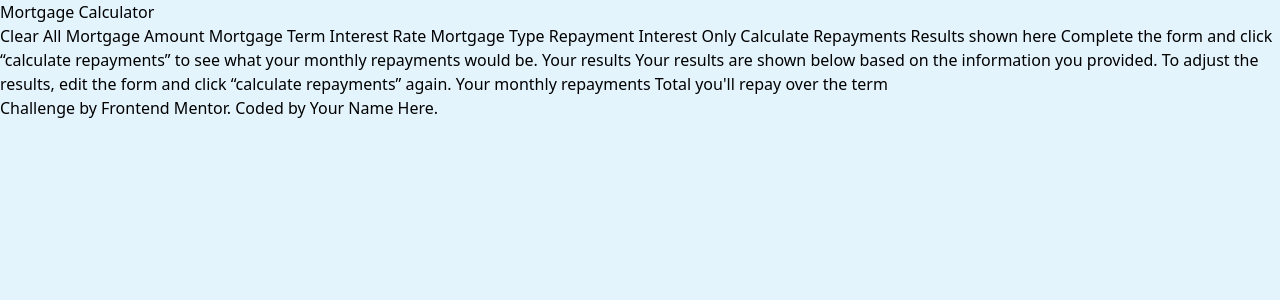
Repository: emmanuelRitzler/mortgage-calculator
Page: assets/views/index.html
The author's editor kept a copy of each file at every save. The page is drawn from the files as they stood at one save, then again after the next save.
The browser window is 1280 px wide. The pictures show the whole page.

Above is the page before, as saved 2025-06-01 01:14:21.

### assets/views/index.html
<!DOCTYPE html>
<html lang="en">
<head>
  <meta charset="UTF-8">
  <meta name="viewport" content="width=device-width, initial-scale=1.0"> <!-- displays site properly based on user's device -->

  <link rel="icon" type="image/png" sizes="32x32" href="./assets/images/favicon-32x32.png">
  <link rel="stylesheet" href="../../src/output.css">

  <title>Frontend Mentor | Mortgage repayment calculator</title>
</head>
<body>

  <h1 class="text-bold">Mortgage Calculator</h1>
  Clear All

  Mortgage Amount

  Mortgage Term

  Interest Rate

  Mortgage Type
  Repayment
  Interest Only

  Calculate Repayments

  <!-- Empty results start -->

  Results shown here

  Complete the form and click “calculate repayments” to see what
  your monthly repayments would be.

  <!-- Empty results end -->

  <!-- Completed results start -->

  Your results

  Your results are shown below based on the information you provided.
  To adjust the results, edit the form and click “calculate repayments” again.

  Your monthly repayments

  Total you'll repay over the term

  <!-- Completed results end -->

  <div class="attribution">
    Challenge by <a href="https://www.frontendmentor.io?ref=challenge">Frontend Mentor</a>.
    Coded by <a href="#">Your Name Here</a>.
  </div>
</body>
</html>

### src/output.css
/*! tailwindcss v4.1.8 | MIT License | https://tailwindcss.com */
@layer properties;
@layer theme, base, components, utilities;
@layer theme {
  :root, :host {
    --font-sans: ui-sans-serif, system-ui, sans-serif, "Apple Color Emoji",
      "Segoe UI Emoji", "Segoe UI Symbol", "Noto Color Emoji";
    --font-mono: ui-monospace, SFMono-Regular, Menlo, Monaco, Consolas, "Liberation Mono",
      "Courier New", monospace;
    --text-3xl: 1.875rem;
    --text-3xl--line-height: calc(2.25 / 1.875);
    --font-weight-bold: 700;
    --default-font-family: var(--font-sans);
    --default-mono-font-family: var(--font-mono);
  }
}
@layer base {
  *, ::after, ::before, ::backdrop, ::file-selector-button {
    box-sizing: border-box;
    margin: 0;
    padding: 0;
    border: 0 solid;
  }
  html, :host {
    line-height: 1.5;
    -webkit-text-size-adjust: 100%;
    tab-size: 4;
    font-family: var(--default-font-family, ui-sans-serif, system-ui, sans-serif, "Apple Color Emoji", "Segoe UI Emoji", "Segoe UI Symbol", "Noto Color Emoji");
    font-feature-settings: var(--default-font-feature-settings, normal);
    font-variation-settings: var(--default-font-variation-settings, normal);
    -webkit-tap-highlight-color: transparent;
  }
  hr {
    height: 0;
    color: inherit;
    border-top-width: 1px;
  }
  abbr:where([title]) {
    -webkit-text-decoration: underline dotted;
    text-decoration: underline dotted;
  }
  h1, h2, h3, h4, h5, h6 {
    font-size: inherit;
    font-weight: inherit;
  }
  a {
    color: inherit;
    -webkit-text-decoration: inherit;
    text-decoration: inherit;
  }
  b, strong {
    font-weight: bolder;
  }
  code, kbd, samp, pre {
    font-family: var(--default-mono-font-family, ui-monospace, SFMono-Regular, Menlo, Monaco, Consolas, "Liberation Mono", "Courier New", monospace);
    font-feature-settings: var(--default-mono-font-feature-settings, normal);
    font-variation-settings: var(--default-mono-font-variation-settings, normal);
    font-size: 1em;
  }
  small {
    font-size: 80%;
  }
  sub, sup {
    font-size: 75%;
    line-height: 0;
    position: relative;
    vertical-align: baseline;
  }
  sub {
    bottom: -0.25em;
  }
  sup {
    top: -0.5em;
  }
  table {
    text-indent: 0;
    border-color: inherit;
    border-collapse: collapse;
  }
  :-moz-focusring {
    outline: auto;
  }
  progress {
    vertical-align: baseline;
  }
  summary {
    display: list-item;
  }
  ol, ul, menu {
    list-style: none;
  }
  img, svg, video, canvas, audio, iframe, embed, object {
    display: block;
    vertical-align: middle;
  }
  img, video {
    max-width: 100%;
    height: auto;
  }
  button, input, select, optgroup, textarea, ::file-selector-button {
    font: inherit;
    font-feature-settings: inherit;
    font-variation-settings: inherit;
    letter-spacing: inherit;
    color: inherit;
    border-radius: 0;
    background-color: transparent;
    opacity: 1;
  }
  :where(select:is([multiple], [size])) optgroup {
    font-weight: bolder;
  }
  :where(select:is([multiple], [size])) optgroup option {
    padding-inline-start: 20px;
  }
  ::file-selector-button {
    margin-inline-end: 4px;
  }
  ::placeholder {
    opacity: 1;
  }
  @supports (not (-webkit-appearance: -apple-pay-button))  or (contain-intrinsic-size: 1px) {
    ::placeholder {
      color: currentcolor;
      @supports (color: color-mix(in lab, red, red)) {
        color: color-mix(in oklab, currentcolor 50%, transparent);
      }
    }
  }
  textarea {
    resize: vertical;
  }
  ::-webkit-search-decoration {
    -webkit-appearance: none;
  }
  ::-webkit-date-and-time-value {
    min-height: 1lh;
    text-align: inherit;
  }
  ::-webkit-datetime-edit {
    display: inline-flex;
  }
  ::-webkit-datetime-edit-fields-wrapper {
    padding: 0;
  }
  ::-webkit-datetime-edit, ::-webkit-datetime-edit-year-field, ::-webkit-datetime-edit-month-field, ::-webkit-datetime-edit-day-field, ::-webkit-datetime-edit-hour-field, ::-webkit-datetime-edit-minute-field, ::-webkit-datetime-edit-second-field, ::-webkit-datetime-edit-millisecond-field, ::-webkit-datetime-edit-meridiem-field {
    padding-block: 0;
  }
  :-moz-ui-invalid {
    box-shadow: none;
  }
  button, input:where([type="button"], [type="reset"], [type="submit"]), ::file-selector-button {
    appearance: button;
  }
  ::-webkit-inner-spin-button, ::-webkit-outer-spin-button {
    height: auto;
  }
  [hidden]:where(:not([hidden="until-found"])) {
    display: none !important;
  }
}
@layer utilities {
  .static {
    position: static;
  }
  .contents {
    display: contents;
  }
  .table {
    display: table;
  }
  .border-collapse {
    border-collapse: collapse;
  }
  .resize {
    resize: both;
  }
  .border {
    border-style: var(--tw-border-style);
    border-width: 1px;
  }
  .text-3xl {
    font-size: var(--text-3xl);
    line-height: var(--tw-leading, var(--text-3xl--line-height));
  }
  .font-bold {
    --tw-font-weight: var(--font-weight-bold);
    font-weight: var(--font-weight-bold);
  }
  .underline {
    text-decoration-line: underline;
  }
  .outline {
    outline-style: var(--tw-outline-style);
    outline-width: 1px;
  }
}
html, body {
  background-color: #E4F4FD;
  margin: 0;
  height: 100%;
}
@property --tw-border-style {
  syntax: "*";
  inherits: false;
  initial-value: solid;
}
@property --tw-font-weight {
  syntax: "*";
  inherits: false;
}
@property --tw-outline-style {
  syntax: "*";
  inherits: false;
  initial-value: solid;
}
@layer properties {
  @supports ((-webkit-hyphens: none) and (not (margin-trim: inline))) or ((-moz-orient: inline) and (not (color:rgb(from red r g b)))) {
    *, ::before, ::after, ::backdrop {
      --tw-border-style: solid;
      --tw-font-weight: initial;
      --tw-outline-style: solid;
    }
  }
}

After the next save:
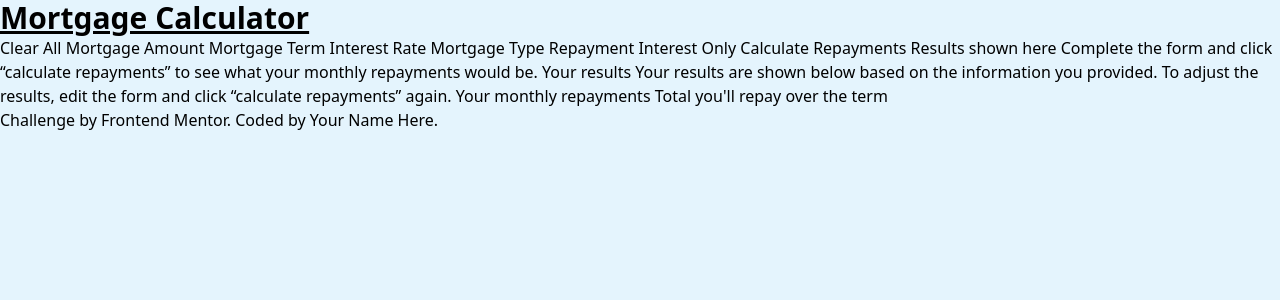
Saved 25 s later.
--- a/assets/views/index.html
+++ b/assets/views/index.html
@@ -11,7 +11,7 @@
 </head>
 <body>
 
-  <h1 class="text-bold">Mortgage Calculator</h1>
+  <h1 class="text-3xl font-bold underline">Mortgage Calculator</h1>
   Clear All
 
   Mortgage Amount
